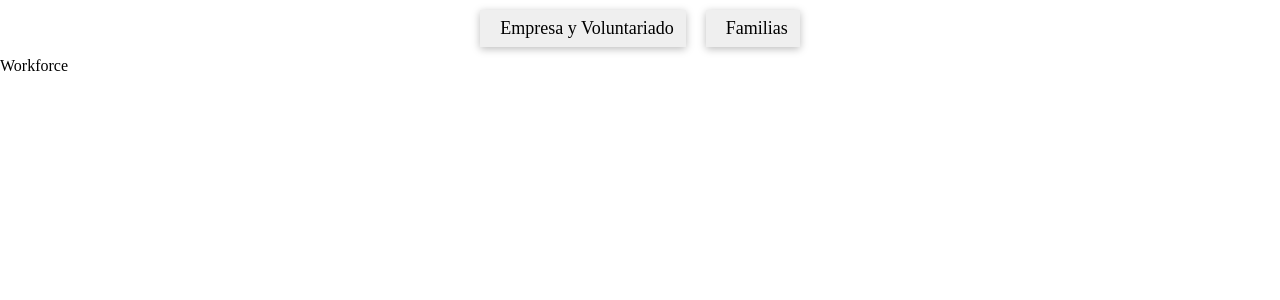
Repository: Synergy-club/reconstruction
Page: /
An editor plug-in stored every save of this project. The page is shown before and after the next save, followed by the edit.
The browser window is 1280 px wide. The pictures show the whole page.
The project was rebuilt for these pictures with package versions that can differ from the ones it lists, and the page was loaded fresh each time. Also part of the build but not shown: vite.config.js, src/views/Families/Families.jsx.

Above is the page before, as saved 2024-12-10 01:23:41.

After the next save:
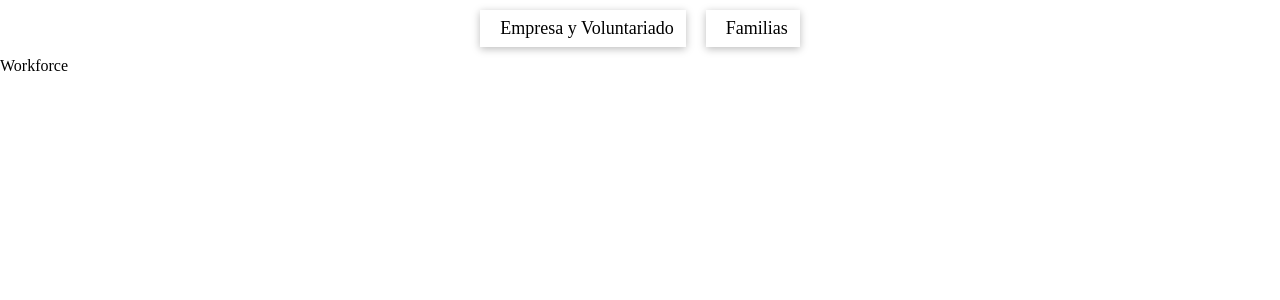
Saved 4 s later.
--- a/src/assets/global-style/style.css
+++ b/src/assets/global-style/style.css
@@ -62,7 +62,7 @@ a {
 }
 button {
   cursor: pointer;
-  background-color: none;
+  background: none;
   padding: var(--sci-spacing-xs) var(--sci-spacing-s);
   border: none;
   transition: all 0.3s ease-in-out;
